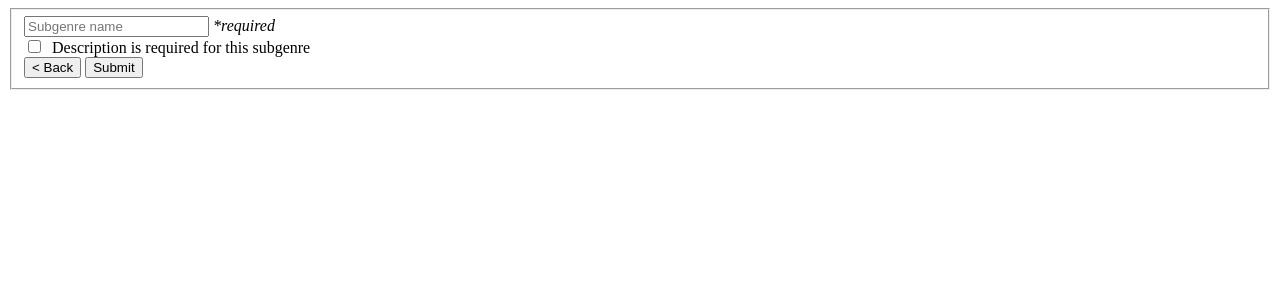
Repository: GregorPiev/angularjs-add-book
Page: app/edit-genre/component/edit-genre.template.html
These files come from the project's save history. The page is drawn as it stood at one moment and after the next save; the edit follows.
The browser window is 1280 px wide. The pictures show the whole page.

Above is the page before, as saved 2020-10-05 16:32:59.

After the next save:
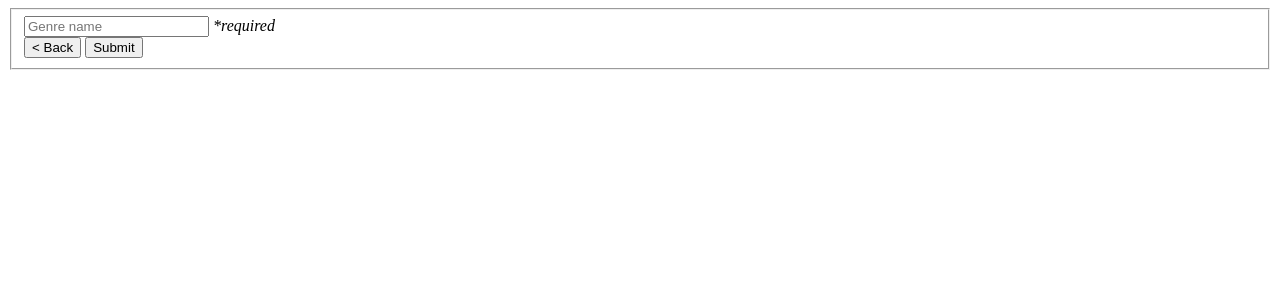
Saved 2 min 28 s later.
--- a/app/edit-genre/component/edit-genre.template.html
+++ b/app/edit-genre/component/edit-genre.template.html
@@ -9,29 +9,13 @@
 					id="name"
 					name="name"
 					value=""
-					placeholder="Subgenre name"
+					placeholder="Genre name"
 					required
 					pattern="[A-Za-z 0-9'-]{3,20}"
 					maxlength="20"
 					title="From 3 to 20 characters"
 				/>
 				<i ng-show="myForm.name.$error.required">*required</i>
-			</div>
-		</div>
-
-		<div class="form-group">
-			<div class="col-lg-9 col-md-9 col-sm-9 col-xs-12 text-left">
-				<label class="check text-left">
-					<input
-						type="checkbox"
-						ng-model="isDescriptionRequired"
-						class="form-control"
-						id="isDescriptionRequired"
-						name="isDescriptionRequired"
-						value=""
-					/>&nbsp;
-					<span>Description is required for this subgenre</span>
-				</label>
 			</div>
 		</div>
 
